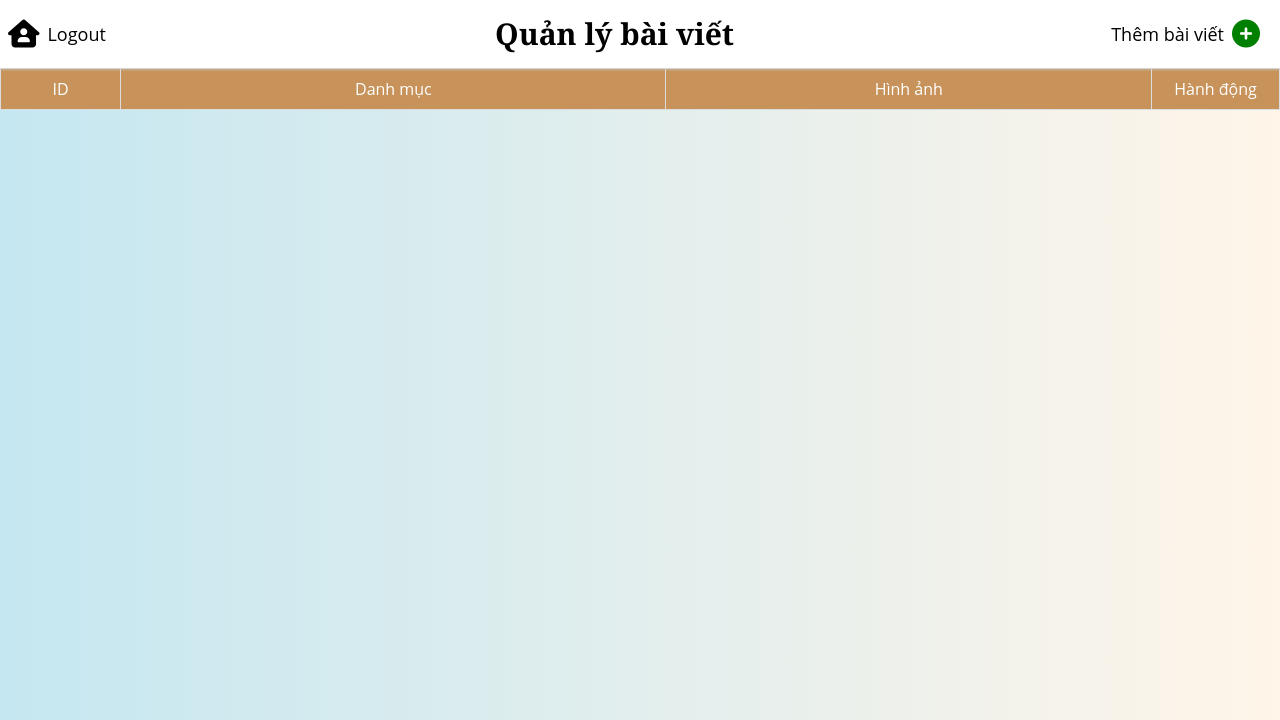
Repository: ThangNguyenT5/phpDavang
Page: http://localhost/admin/admin.php
These files come from the project's save history. The page is drawn as it stood at one moment and after the next save; the edit follows.
The browser window is 1280 px wide. The pictures show the whole page.
Some web libraries are served in a nearby version. The page is run by PHP 8.4 with error messages shown; the project is at /var/www/html/. Queries for data that is not in the repository find no rows.

Above is the page before, as saved 2023-06-24 15:13:25.

After the next save:
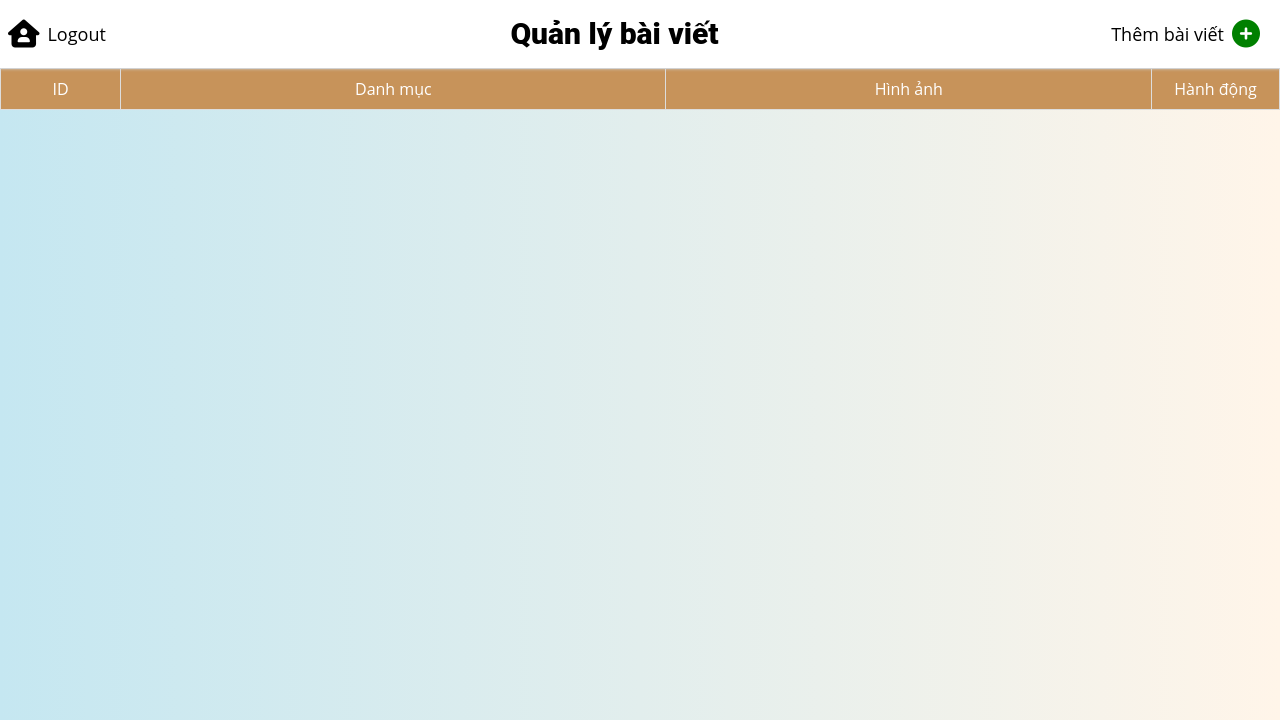
Saved 9 s later.
--- a/assets/css/main_admin.css
+++ b/assets/css/main_admin.css
@@ -28,7 +28,7 @@ html {
     color: #000;
     font-size: 30px;
     font-weight: 800;
-    font-family: 'Georgia', sans-serif;
+    font-family: 'Roboto', sans-serif;
 }
 
 .create {
